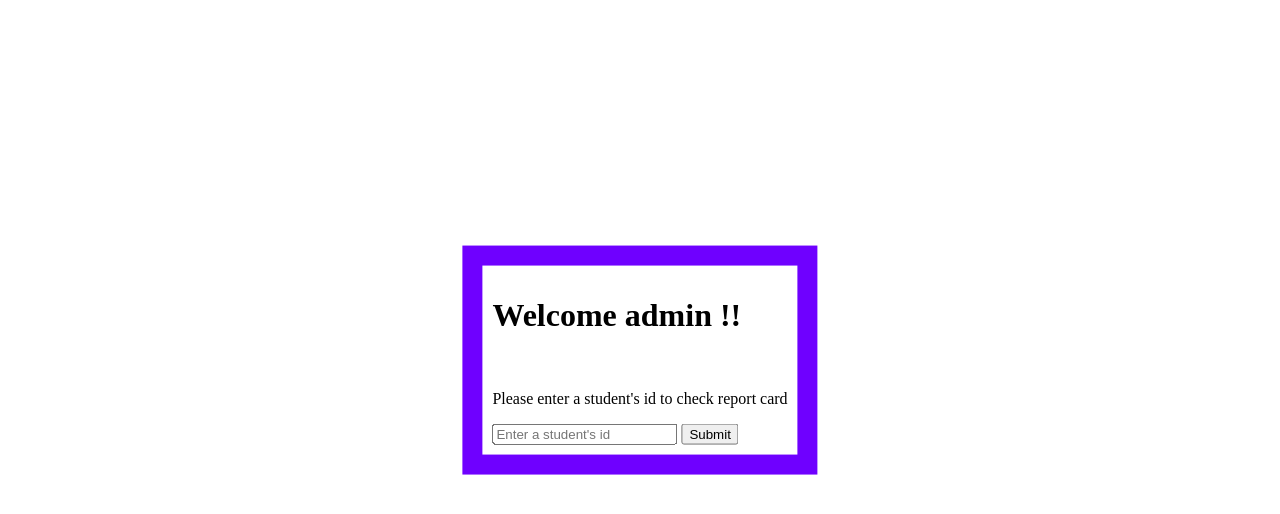
Repository: MriOj/OnlineExamPortal
Page: http://localhost/ExamPortal/admlogin.jsp
The author's editor kept a copy of each file at every save. The page is drawn from the files as they stood at one save, then again after the next save.
The browser window is 1280 px wide. The pictures show the whole page.
The page is served by Tomcat 9.

Above is the page before, as saved 2021-09-05 05:00:44.

After the next save:
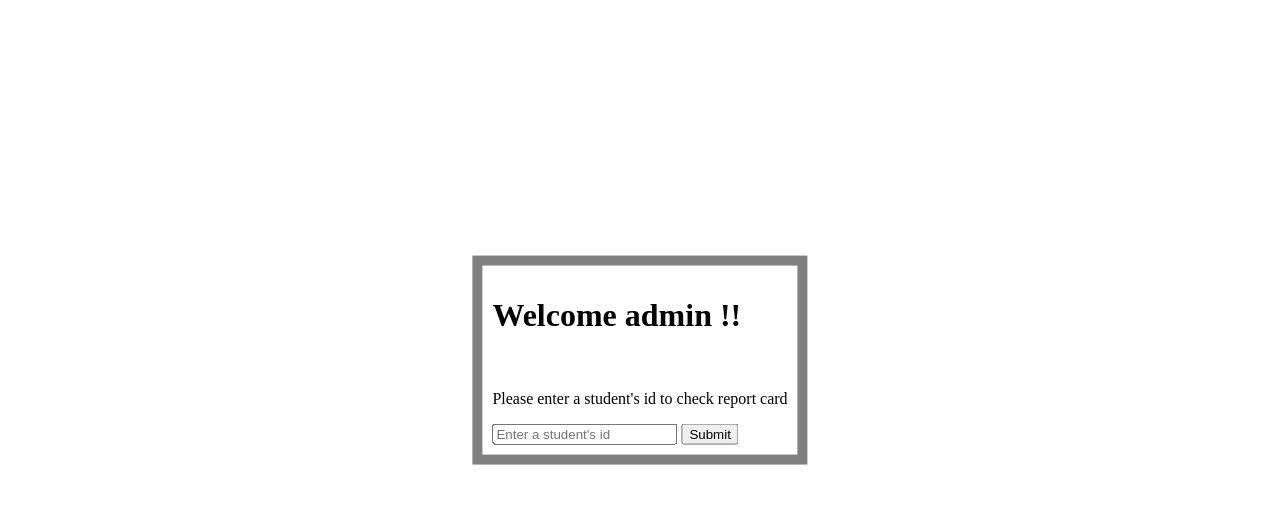
Saved 4 s later.
--- a/ExamPortal/src/main/webapp/admlogin.jsp
+++ b/ExamPortal/src/main/webapp/admlogin.jsp
@@ -13,7 +13,7 @@
   left: 50%;
   top: 50%;
   transform: translate(-50%, -50%);
-  border: 20px solid #6f00ff;
+    border: 10px solid grey;
   padding: 10px;
 }
 </style>
